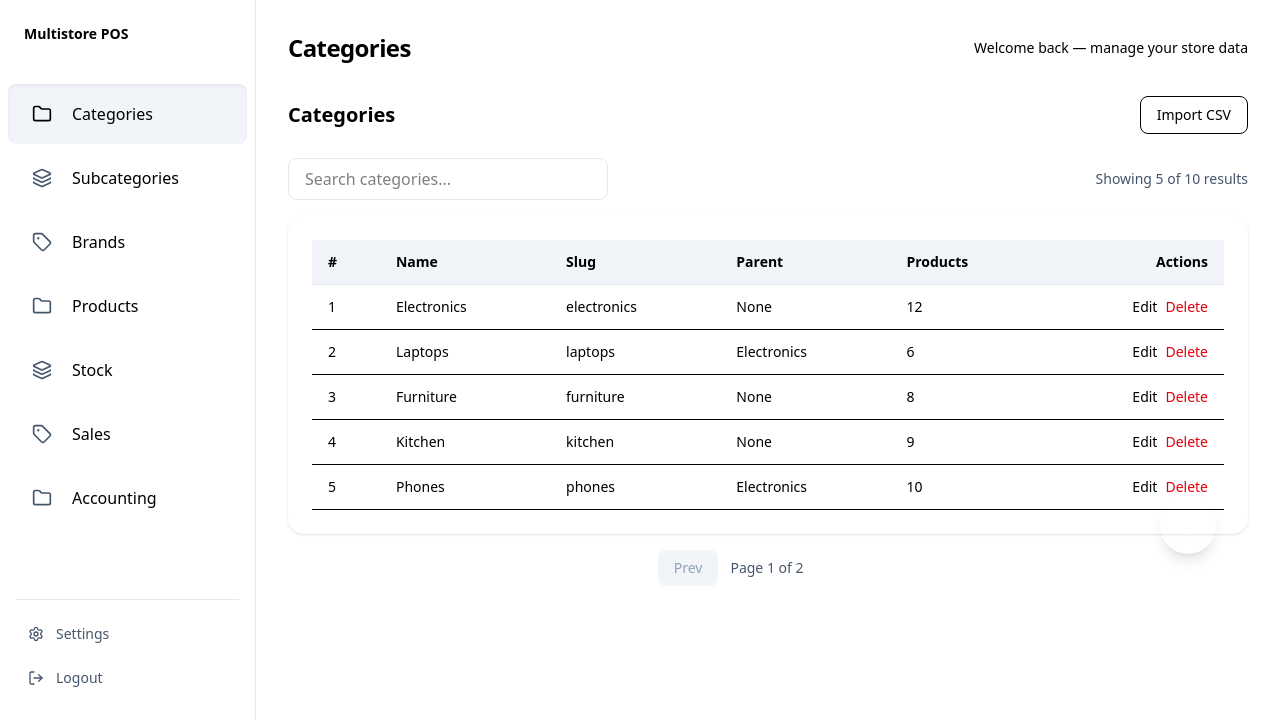
Repository: Ndegwa2/MulistorePOS
Page: /
These files come from the project's save history. The page is drawn as it stood at one moment and after the next save; the edit follows.
The browser window is 1280 px wide. The pictures show the whole page.
The project was rebuilt for these pictures with package versions that can differ from the ones it lists, and the page was loaded fresh each time. Also part of the build but not shown: vite.config.js, Frontend/EditModal.jsx, Frontend/DeleteConfirm.jsx, Frontend/subcategory.jsx, Frontend/brand.jsx, Frontend/productPanel.jsx, Frontend/stockPanel.jsx, Frontend/salesPanel.jsx and 1 more. Imported but missing from the stored project, and not drawn on this page: Frontend/reportsPanel.

Above is the page before, as saved 2025-10-03 10:37:40.

After the next save:
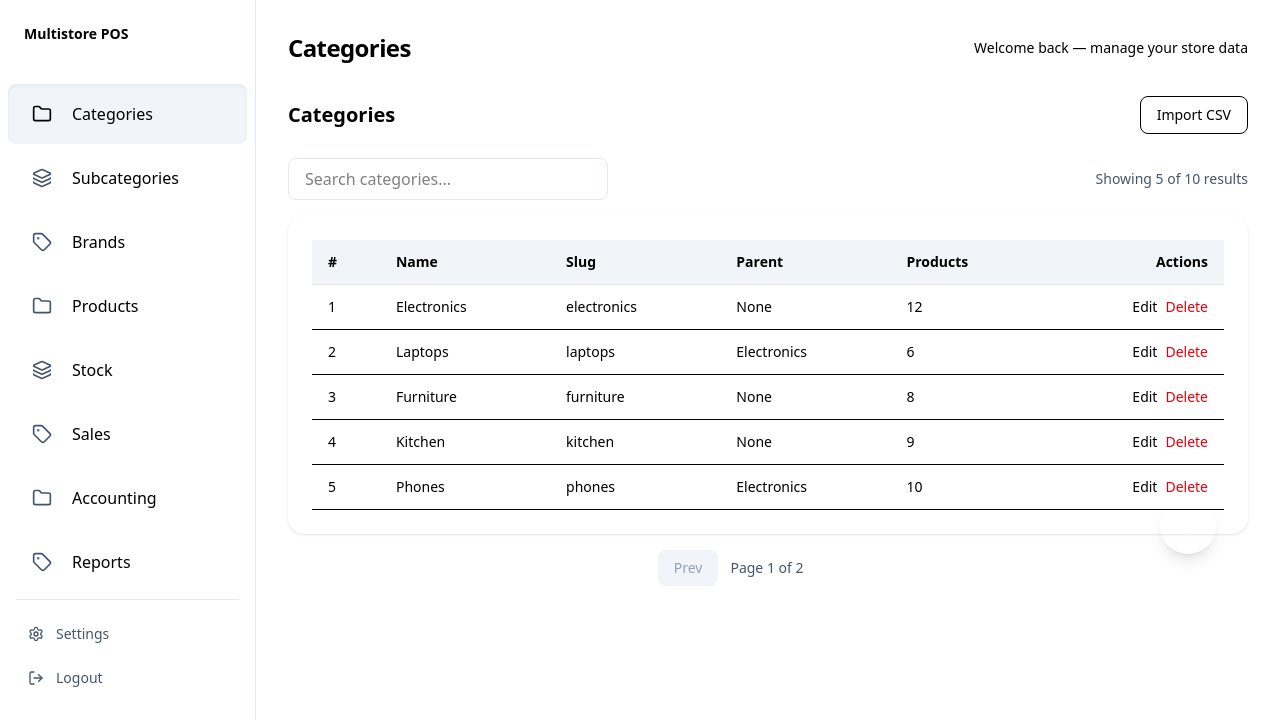
Saved 21 s later.
--- a/Frontend/dashboaord.jsx
+++ b/Frontend/dashboaord.jsx
@@ -9,6 +9,7 @@ import ProductPanel from "./productPanel";
 import StockPanel from "./stockPanel";
 import SalesPanel from "./salesPanel";
 import AccountingPanel from "./accountingPanel";
+import ReportsPanel from "./reportsPanel";
 
 const NAV = [
   { key: "categories", label: "Categories", icon: Folder },
@@ -18,6 +19,7 @@ const NAV = [
   { key: "stock", label: "Stock", icon: Layers },
   { key: "sales", label: "Sales", icon: Tag },
   { key: "accounting", label: "Accounting", icon: Folder },
+  { key: "reports", label: "Reports", icon: Tag },
 ];
 
 export default function Dashboard() {
